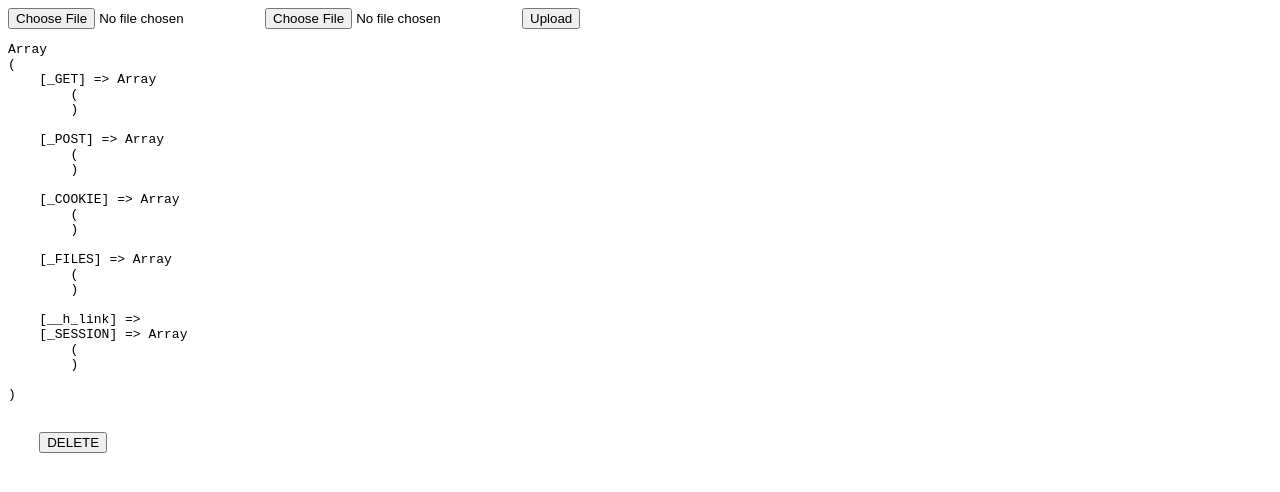
Repository: sara55m/File_Upload
Page: http://localhost/form2.php
The author's editor kept a copy of each file at every save. The page is drawn from the files as they stood at one save, then again after the next save.
The browser window is 1280 px wide. The pictures show the whole page.
The page is run by PHP 8.4 with error messages shown; the project is at /var/www/html/.

Above is the page before, as saved 2024-09-02 22:14:25.

### form2.php
<!DOCTYPE html>
<html lang="en">
<head>
    <meta charset="UTF-8">
    <meta name="viewport" content="width=device-width, initial-scale=1.0">
    <title>File</title>
</head>
<body>
<form action="" method="post" enctype="multipart/form-data">

<input type="file" name="file0">
<input type="file" name="file1">
<input type="hidden" name="hd" value='upload'>
<input type="submit" name="submit" value="Upload">
</form>



<?php

require("my_func.php");

echo "<pre/>";

print_r($GLOBALS);
if($_POST){
    echo "<pre/>";
    print_r($_FILES);
    for($i=0;$i<count($_FILES);$i++){
    $mes=my_func($_FILES['file'.$i],3000,["png","gif","jpg","jpeg"],"uploads2/",$_GET['lang']);
    echo $mes[$_GET['lang']]."  ".$mes['file']."<br>";
    sleep(1);
    }

}
    ?>
    <form action="delete_func.php" method="post">
    <input type="submit" name="delete" value="DELETE">
    </form>


</body>
</html>

### my_func.php
<?php
session_start();
//$file=$_FILES["file"]
function my_func($file,$size,$exts,$path,$lang){
    $ext=explode(".",$file["name"]);
    $ext=end($ext);
    $ext=strtolower($ext);
    $size_limit=$size*1024;
    if($file['size']<=$size_limit){
        if(in_array($ext,$exts)){
            if(file_exists($path)){
                $name=time().".".$ext;
                move_uploaded_file($file["tmp_name"],$path.$name);
                $message["en"]= "File Uploaded Successfully";
                $message["ar"]= "تم رفع الملف بنجاح";
                $message['file']= $name;
                $_SESSION['count']=count($_FILES);
                $_SESSION['name']=$path.$name;
            }else{
                $message["en"]="Upload folder not found";
                $message["ar"]="المجلد غير موجود";
            }
        }else{
            $message["en"]="This file extension is not supported";
            $message["ar"]="هذا الامتداد غير مدعوم";
        }
    }else{
        $message["en"]="This file is too big";
        $message["ar"]="اللمف كبير للغاية";
    }
    return $message;
}
?>

After the next save:
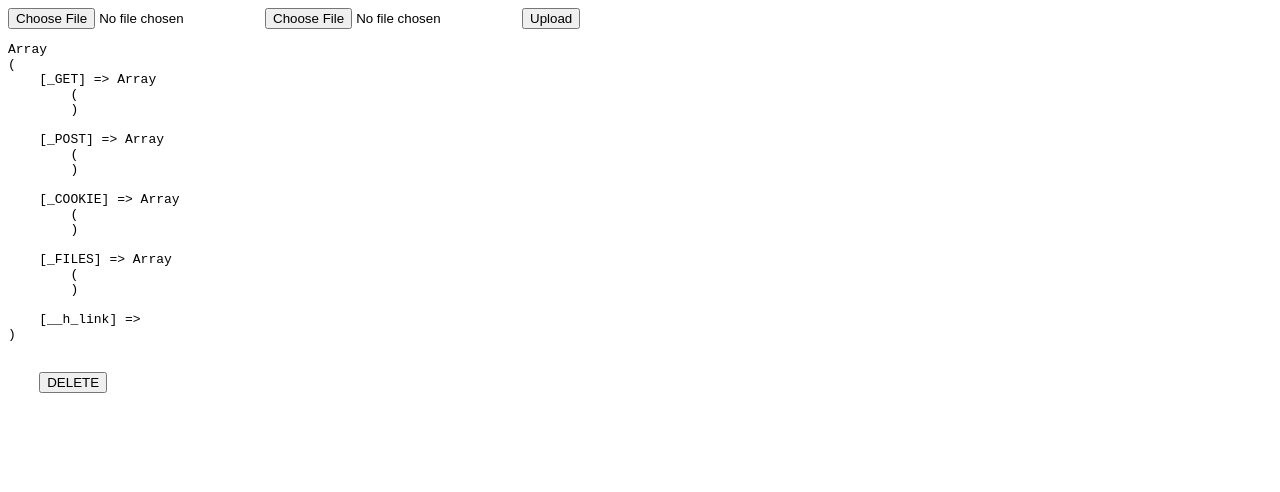
Saved 40 min 56 s later.
--- a/my_func.php
+++ b/my_func.php
@@ -1,6 +1,4 @@
 <?php
-session_start();
-//$file=$_FILES["file"]
 function my_func($file,$size,$exts,$path,$lang){
     $ext=explode(".",$file["name"]);
     $ext=end($ext);
@@ -14,8 +12,6 @@
                 $message["en"]= "File Uploaded Successfully";
                 $message["ar"]= "تم رفع الملف بنجاح";
                 $message['file']= $name;
-                $_SESSION['count']=count($_FILES);
-                $_SESSION['name']=$path.$name;
             }else{
                 $message["en"]="Upload folder not found";
                 $message["ar"]="المجلد غير موجود";

After the save that followed:
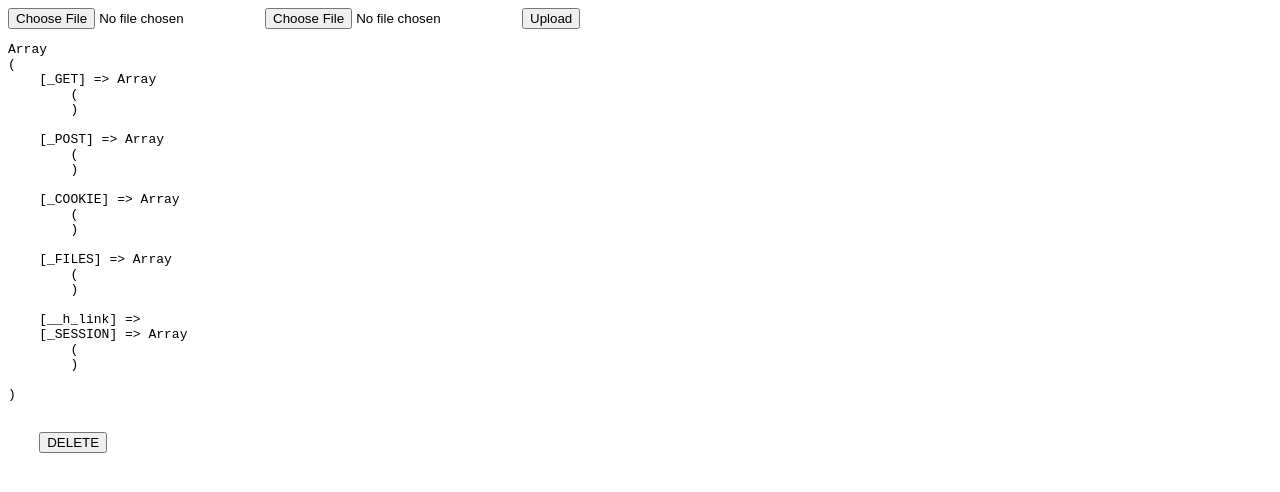
Saved 7 s later.
--- a/my_func.php
+++ b/my_func.php
@@ -1,4 +1,6 @@
 <?php
+session_start();
+//$file=$_FILES["file"]
 function my_func($file,$size,$exts,$path,$lang){
     $ext=explode(".",$file["name"]);
     $ext=end($ext);
@@ -12,6 +14,8 @@
                 $message["en"]= "File Uploaded Successfully";
                 $message["ar"]= "تم رفع الملف بنجاح";
                 $message['file']= $name;
+                $_SESSION['count']=count($_FILES);
+                $_SESSION['name']=$path.$name;
             }else{
                 $message["en"]="Upload folder not found";
                 $message["ar"]="المجلد غير موجود";
